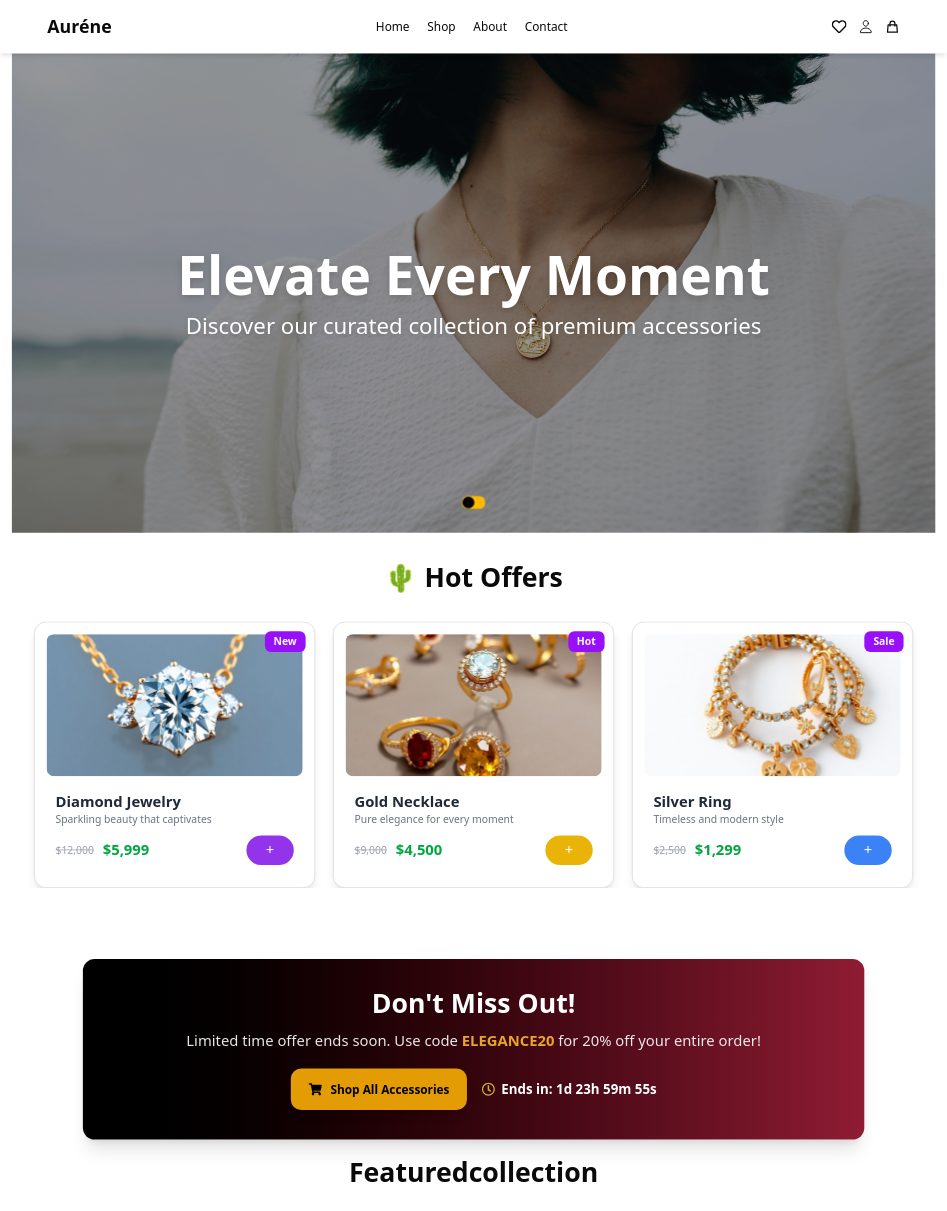
Repository: oehab30/Aur-ne-e-commerce-
Page: /
The author's editor kept a copy of each file at every save. The page is drawn from the files as they stood at one save, then again after the next save.
The browser window is 1280 px wide. The pictures show the whole page, at 74% of full size.
The project was rebuilt for these pictures with package versions that can differ from the ones it lists, and the page was loaded fresh each time. Also part of the build but not shown: src/components/common/Tap.tsx, src/components/common/Categories.tsx, src/pages/Shop.tsx, src/pages/cart.tsx, src/pages/Profile.tsx, src/pages/About.tsx, src/pages/Contact.tsx, src/pages/Error.tsx and 2 more. Imported but missing from the stored project, and not drawn on this page: src/components/ui/breadcrumb.tsx.

Above is the page before, as saved 2025-11-26 05:11:41.

### index.html
<!doctype html>
<html lang="en">
  <head>
    <meta charset="UTF-8" />
    <link rel="icon" type="image/svg+xml" href="/vite.svg" />
    <meta name="viewport" content="width=device-width, initial-scale=1.0" />
<link
  href="https://fonts.googleapis.com/css2?family=Playfair+Display:wght@400;500;600;700&display=swap"
  rel="stylesheet"
/>

    <title>vite-project</title>
  </head>
  <body>
    <div id="root"></div>
    <script type="module" src="/src/main.tsx"></script>
  </body>
</html>

### src/main.tsx
// main.tsx
import "./assets/styles/Modules.css";
import React from "react";
import ReactDOM from "react-dom/client";
import Routes from "./Routes/Routes"; // this is your router setup

ReactDOM.createRoot(document.getElementById("root")!).render(
  <React.StrictMode>
    <Routes />
  </React.StrictMode>
)

### src/assets/styles/Modules.css
@import url('https://fonts.googleapis.com/css2?family=Playfair+Display:wght@400;500;600;700&display=swap');

@import "tailwindcss";

@import "tw-animate-css";

@custom-variant dark (&:where(.dark *) );

:root {
  --primary: oklch(0.205 0 0);
  --buttons: #d5ae37;
  --radius: 0.625rem;
  --background: oklch(1 0 0);
  --foreground: oklch(0.145 0 0);
  --card: oklch(1 0 0);
  --card-foreground: oklch(0.145 0 0);
  --popover: oklch(1 0 0);
  --popover-foreground: oklch(0.145 0 0);
  --primary-foreground: oklch(0.985 0 0);
  --secondary: oklch(0.97 0 0);
  --secondary-foreground: oklch(0.205 0 0);
  --muted: oklch(0.97 0 0);
  --muted-foreground: oklch(0.556 0 0);
  --accent: oklch(0.97 0 0);
  --accent-foreground: oklch(0.205 0 0);
  --destructive: oklch(0.577 0.245 27.325);
  --border: oklch(0.922 0 0);
  --input: oklch(0.922 0 0);
  --ring: oklch(0.708 0 0);
  --chart-1: oklch(0.646 0.222 41.116);
  --chart-2: oklch(0.6 0.118 184.704);
  --chart-3: oklch(0.398 0.07 227.392);
  --chart-4: oklch(0.828 0.189 84.429);
  --chart-5: oklch(0.769 0.188 70.08);
  --sidebar: oklch(0.985 0 0);
  --sidebar-foreground: oklch(0.145 0 0);
  --sidebar-primary: oklch(0.205 0 0);
  --sidebar-primary-foreground: oklch(0.985 0 0);
  --sidebar-accent: oklch(0.97 0 0);
  --sidebar-accent-foreground: oklch(0.205 0 0);
  --sidebar-border: oklch(0.922 0 0);
  --sidebar-ring: oklch(0.708 0 0);
}

@theme inline {
  --radius-sm: calc(var(--radius) - 4px);
  --radius-md: calc(var(--radius) - 2px);
  --radius-lg: var(--radius);
  --radius-xl: calc(var(--radius) + 4px);
  --color-background: var(--background);
  --color-foreground: var(--foreground);
  --color-card: var(--card);
  --color-card-foreground: var(--card-foreground);
  --color-popover: var(--popover);
  --color-popover-foreground: var(--popover-foreground);
  --color-primary: var(--primary);
  --color-primary-foreground: var(--primary-foreground);
  --color-secondary: var(--secondary);
  --color-secondary-foreground: var(--secondary-foreground);
  --color-muted: var(--muted);
  --color-muted-foreground: var(--muted-foreground);
  --color-accent: var(--accent);
  --color-accent-foreground: var(--accent-foreground);
  --color-destructive: var(--destructive);
  --color-border: var(--border);
  --color-input: var(--input);
  --color-ring: var(--ring);
  --color-chart-1: var(--chart-1);
  --color-chart-2: var(--chart-2);
  --color-chart-3: var(--chart-3);
  --color-chart-4: var(--chart-4);
  --color-chart-5: var(--chart-5);
  --color-sidebar: var(--sidebar);
  --color-sidebar-foreground: var(--sidebar-foreground);
  --color-sidebar-primary: var(--sidebar-primary);
  --color-sidebar-primary-foreground: var(--sidebar-primary-foreground);
  --color-sidebar-accent: var(--sidebar-accent);
  --color-sidebar-accent-foreground: var(--sidebar-accent-foreground);
  --color-sidebar-border: var(--sidebar-border);
  --color-sidebar-ring: var(--sidebar-ring);
}

.dark {
  --background: oklch(0.145 0 0);
  --foreground: oklch(0.985 0 0);
  --card: oklch(0.205 0 0);
  --card-foreground: oklch(0.985 0 0);
  --popover: oklch(0.205 0 0);
  --popover-foreground: oklch(0.985 0 0);
  --primary: oklch(0.922 0 0);
  --primary-foreground: oklch(0.205 0 0);
  --secondary: oklch(0.269 0 0);
  --secondary-foreground: oklch(0.985 0 0);
  --muted: oklch(0.269 0 0);
  --muted-foreground: oklch(0.708 0 0);
  --accent: oklch(0.269 0 0);
  --accent-foreground: oklch(0.985 0 0);
  --destructive: oklch(0.704 0.191 22.216);
  --border: oklch(1 0 0 / 10%);
  --input: oklch(1 0 0 / 15%);
  --ring: oklch(0.556 0 0);
  --chart-1: oklch(0.488 0.243 264.376);
  --chart-2: oklch(0.696 0.17 162.48);
  --chart-3: oklch(0.769 0.188 70.08);
  --chart-4: oklch(0.627 0.265 303.9);
  --chart-5: oklch(0.645 0.246 16.439);
  --sidebar: oklch(0.205 0 0);
  --sidebar-foreground: oklch(0.985 0 0);
  --sidebar-primary: oklch(0.488 0.243 264.376);
  --sidebar-primary-foreground: oklch(0.985 0 0);
  --sidebar-accent: oklch(0.269 0 0);
  --sidebar-accent-foreground: oklch(0.985 0 0);
  --sidebar-border: oklch(1 0 0 / 10%);
  --sidebar-ring: oklch(0.556 0 0);
}

@layer base {
  * {
    @apply border-border outline-ring/50;
  }
  body {
    @apply bg-background text-foreground;
  }
}

:root {
  --main: #d5ae37;
  --button:#cb8b04;
}

/* Hide scrollbar (optional) */
.scrollbar-hide::-webkit-scrollbar {
  display: none;
}
.scrollbar-hide {
  -ms-overflow-style: none;
  scrollbar-width: none;
}

### src/Routes/Routes.tsx
// Routes.tsx
import React from "react";
import { createBrowserRouter, RouterProvider } from "react-router";
import Layout from "../components/common/layout";
import Home from "../pages/Home";
import Shop from "../pages/Shop";
import Cart from "../pages/cart";
import Profile from "../pages/Profile";
import About from "../pages/About";
import Contact from "../pages/Contact";
import Error from "../pages/Error";
import Wishlist from "../pages/Wishlist";
import Login from "../components/login-page/Loginform"
const router = createBrowserRouter([
  {
    element: <Layout />,
    children: [
      { path: "/", element: <Home /> },
      { path: "/Shop/:category", element: <Shop /> },
      { path: "/about", element: <About /> },
      { path: "/contact", element: <Contact /> },
      { path: "/Login", element: <Login /> },
      { path: "/Wishlist", element: <Wishlist /> },
      { path: "/cart", element: <Cart /> },
      { path: "/Profile", element: <Profile /> },
    ],
  },
 { path: "*", element: <Error/> },
]);

function Routes() {
  return <RouterProvider router={router} />;
}

export default Routes;

### src/components/common/layout.tsx
// Layout.tsx
import React from "react";
import Navbar from "./navbar";
import { Outlet } from "react-router-dom";
import Darkmode from "./Darkmode";

function Layout() {
  return (
    <>
      <Navbar  />
      <main className="min-h-screen p-4 pt-18">
<Darkmode/>
        <Outlet />        {/* 👈 Page content changes here */}
      </main>
    </>
  );
}

export default Layout;

### src/pages/Home.tsx
import React from 'react'
import  HeroSection from '../components/home-page/Hero'
import Hotoffers from '../components/home-page/Hotoffers'
import DontMiss from '../components/home-page/Dontmiss'
import Featuredcollection from '../components/home-page/Featuredcollection'

function Error() {
  return (
<>
<HeroSection/>
<Hotoffers/>
<DontMiss/>
<Featuredcollection/>
 </>
     )
}
export default Error

### src/components/common/navbar.tsx
import React, { useState } from "react";
import { Link } from "react-router-dom";
import { FaRegHeart } from "react-icons/fa";
import { HiOutlineShoppingBag } from "react-icons/hi";
import { IoPersonOutline } from "react-icons/io5";

function Navbar() {
  const [menuOpen, setMenuOpen] = useState(false);

  return (
    <nav className="w-full fixed  shadow-md bg-white dark:bg-black z-[100] ">
      <div className="max-w-[1280px] mx-auto flex justify-between items-center py-5 px-6 md:px-16">
        {/* Logo */}
        <Link to="/" className="text-2xl font-semibold font-[Playfair Display]  dark:text-white">
          Auréne
        </Link>

        {/* Desktop Links */}
        <div className="hidden md:flex gap-6 font-medium  ">
          <Link to="/" className="hover:text-[var(--main)] dark:hover:text-[var(--main)] duration-300">Home</Link>
          <Link to="/Shop/:category" className="hover:text-[var(--main)] dark:hover:text-[var(--main)] duration-300">Shop</Link>
          <Link to="/about" className="hover:text-[var(--main)] dark:hover:text-[var(--main)] duration-300">About</Link>
          <Link to="/contact" className="hover:text-[var(--main)] dark:hover:text-[var(--main)] duration-300">Contact</Link>
        </div>

        {/* Icons + Login */}
        <div className="hidden md:flex items-center gap-4 text-xl  dark:text-white">
          <Link to="/wishlist" className="hover:text-[var(--main)] dark:hover:text-[var(--main)] duration-300"><FaRegHeart /></Link>
          <Link to="/Login" className="hover:text-[var(--main)] dark:hover:text-[var(--main)] duration-300"><IoPersonOutline /></Link>
          <Link to="/cart" className="hover:text-[var(--main)] dark:hover:text-[var(--main)] duration-300"><HiOutlineShoppingBag /></Link>
        </div>

        {/* Mobile Menu Button */}
        <button
          onClick={() => setMenuOpen(!menuOpen)}
          className="md:hidden text-3xl text-gray-700  focus:outline-none"
        >
          ☰
        </button>
      </div>

      {/* Mobile Menu */}
      {menuOpen && (
        <div className="md:hidden flex flex-col items-center gap-4 py-6 bg-white dark:bg-black  dark:text-white shadow-lg">
          <Link to="/" onClick={() => setMenuOpen(false)} className="hover:text-[var(--main)] dark:hover:text-[var(--main)] duration-300">Home</Link>
          <Link to="/Shop/:category" onClick={() => setMenuOpen(false)} className="hover:text-[var(--main)] dark:hover:text-[var(--main)] duration-300">Shop</Link>
          <Link to="/about" onClick={() => setMenuOpen(false)} className="hover:text-[var(--main)] dark:hover:text-[var(--main)] duration-300">About</Link>
          <Link to="/contact" onClick={() => setMenuOpen(false)} className="hover:text-[var(--main)] dark:hover:text-[var(--main)] duration-300">Contact</Link>
        </div>
      )}
    </nav>
  );
}

export default Navbar;

### src/components/common/Darkmode.tsx
import React, { useEffect, useState } from 'react';
import { Switch } from "@/components/ui/switch"
function Darkmode() {
  const [mode, setMode] = useState(false);

  useEffect(() => {
    if (mode) {
      document.body.classList.add('dark');
    } else {
      document.body.classList.remove('dark');
    }
  }, [mode]);

  return (
    <>
      <Switch  onClick={() => setMode(!mode)} className=" px- fixed bottom-8 left-1/2 -translate-x-1/2 z-50">

      </Switch>
    </>
  );
}

export default Darkmode;

### src/components/home-page/Hero.tsx
import React from "react";
import heroImage from "../../../public/home-pic/hero3.jpg";

function Hero() {
  return (
    <div
      className="relative w-full h-[87vh] sm:h-[60vh] md:h-[80vh] lg:h-[90vh] flex flex-col items-center justify-center text-center overflow-hidden"
      style={{ backgroundImage: `url(${heroImage})`, backgroundSize: "cover", backgroundPosition: "center" }}
    >
      {/* Overlay */}
      <div className="absolute inset-0 bg-black/35"></div>

      {/* Content */}
      <div className="relative px-4 sm:px-6 lg:px-8">
        <h1 className="text-white text-4xl sm:text-5xl md:text-6xl lg:text-7xl font-bold drop-shadow-lg">
          Elevate Every Moment
        </h1>
        <p className="mt-4 text-white text-lg sm:text-xl md:text-2xl lg:text-3xl drop-shadow-md">
          Discover our curated collection of premium accessories
        </p>
      </div>
    </div>
  );
}

export default Hero;

### src/components/home-page/Hotoffers.tsx
import React from "react";
import { motion } from "framer-motion";

function Hotoffers() {
  const products = [
    {
      id: 1,
      name: "Diamond Jewelry",
      description: "Sparkling beauty that captivates",
      oldPrice: "$12,000",
      newPrice: "$5,999",
      image: "/home-pic/HO-1.png",
      tag: "New",
      buttonColor: "#9333EA",
    },
    {
      id: 2,
      name: "Gold Necklace",
      description: "Pure elegance for every moment",
      oldPrice: "$9,000",
      newPrice: "$4,500",
      image: "/home-pic/HO-2.png",
      tag: "Hot",
      buttonColor: "#EAB308",
    },
    {
      id: 3,
      name: "Silver Ring",
      description: "Timeless and modern style",
      oldPrice: "$2,500",
      newPrice: "$1,299",
      image: "/home-pic/HO-3.png",
      tag: "Sale",
      buttonColor: "#3B82F6",
    },
  ];

  return (
    <div className="mt-10">
      <h1 className="text-center text-4xl font-bold mb-10">🌵 Hot Offers</h1>

      {/* MOBILE SWIPE CONTAINER */}
      <div className="flex gap-6 overflow-x-auto px-4 snap-x snap-mandatory scrollbar-hide md:flex-wrap md:justify-center">
        {products.map((product) => (
          <motion.div
            key={product.id}
            className="w-[300px] md:w-[380px] flex-shrink-0 snap-center h-[360px] relative rounded-2xl overflow-hidden border border-gray-300 shadow-lg p-4"
            initial={{ opacity: 0, y: 50 }}
            whileInView={{ opacity: 1, y: 0 }}
            viewport={{ once: true, amount: 0.2 }}
            transition={{ duration: 0.6, ease: "easeOut" }}
          >
            {/* Image */}
            <div className="h-48 w-full overflow-hidden rounded-lg">
              <img
                src={product.image}
                alt={product.name}
                className="w-full h-full object-cover hover:scale-105 transition-transform duration-300"
              />
            </div>

            {/* Tag */}
            <div className="absolute top-3 right-3 z-10 bg-purple-600 text-white text-sm font-semibold px-3 py-1 rounded-md">
              {product.tag}
            </div>

            {/* Content */}
            <div className="p-3 mt-2">
              <h3 className="text-xl font-semibold text-gray-800">{product.name}</h3>
              <p className="text-gray-500 mb-2 text-sm">{product.description}</p>

              <div className="flex items-center justify-between mt-3">
                <div className="flex items-center gap-3">
                  <p className="text-gray-400 line-through text-sm">{product.oldPrice}</p>
                  <p className="text-xl font-bold text-green-600">{product.newPrice}</p>
                </div>

                <button
                  style={{ backgroundColor: product.buttonColor }}
                  className="text-white w-16 h-10 flex items-center justify-center rounded-full hover:opacity-80 transition-all duration-300 text-xl"
                >
                  +
                </button>
              </div>
            </div>
          </motion.div>
        ))}
      </div>
    </div>
  );
}

export default Hotoffers;

### src/components/home-page/Dontmiss.tsx
import React, { useEffect, useState } from "react";
import { FaShoppingCart, FaRegClock } from "react-icons/fa";
import { motion } from "framer-motion";
import { useNavigate } from "react-router-dom"; // if using React Router

function DontMiss() {
  const [timeLeft, setTimeLeft] = useState<string>("");
  const navigate = useNavigate(); // React Router navigation

  // Countdown Timer
  useEffect(() => {
    const endDate = new Date();
    endDate.setDate(endDate.getDate() + 2);

    const timer = setInterval(() => {
      const now = new Date().getTime();
      const distance = endDate.getTime() - now;

      if (distance < 0) {
        setTimeLeft("Expired");
        clearInterval(timer);
        return;
      }

      const days = Math.floor(distance / (1000 * 60 * 60 * 24));
      const hours = Math.floor(
        (distance % (1000 * 60 * 60 * 24)) / (1000 * 60 * 60)
      );
      const minutes = Math.floor((distance % (1000 * 60 * 60)) / (1000 * 60));
      const seconds = Math.floor((distance % (1000 * 60)) / 1000);

      setTimeLeft(`${days}d ${hours}h ${minutes}m ${seconds}s`);
    }, 1000);

    return () => clearInterval(timer);
  }, []);

  return (
    <motion.div
           initial={{ opacity: 0, y: 50 }}   // start hidden & moved down
            whileInView={{ opacity: 1, y: 0 }} // animate when in view
            viewport={{ once: true, amount: 0.2 }} // trigger when 20% visible
            transition={{ duration: 0.6, ease: "easeOut" }}
      className=" mt-24 text-center mx-4 md:mx-24 bg-gradient-to-r from-black to-[#8F1C33] text-white px-6 py-10 rounded-2xl shadow-xl"
    >
      <h1 className="text-2xl md:text-4xl font-bold mb-4">Don't Miss Out!</h1>

      <p className="mb-6 text-lg md:text-xl opacity-90">
        Limited time offer ends soon. Use code{" "}
        <span className="font-bold text-[#fbb728]">ELEGANCE20</span> for 20%
        off your entire order!
      </p>

      <div className="flex flex-col-reverse md:flex-row gap-5 justify-center items-center">
        <button
          className=" bg-[#e49c04] hover:bg-[#fcbd39] duration-300 text-black py-4 px-6 rounded-xl flex items-center gap-3 font-semibold shadow-lg cursor-pointer"
          onClick={() => navigate("/Menu/category")} // fixed navigation
        >
          <FaShoppingCart className="text-lg" /> Shop All Accessories
        </button>

        <div className="flex items-center gap-2 text-lg font-semibold">
          <FaRegClock className="text-[#D4AF37]" />
          <span>Ends in: {timeLeft}</span>
        </div>
      </div>
    </motion.div>
  );
}

export default DontMiss;

### src/components/home-page/Featuredcollection.tsx
import React from 'react'

function Featuredcollection() {
  return (
    <>
<div>
<h1 className='text-center font-bold text-4xl mb-4 mt-6'>Featuredcollection</h1>
</div>
    </>
  )
}

export default Featuredcollection

### src/components/ui/switch.tsx
import * as React from "react"
import * as SwitchPrimitive from "@radix-ui/react-switch"

import { cn } from "@/lib/utils"

function Switch({
  className,
  ...props
}: React.ComponentProps<typeof SwitchPrimitive.Root>) {
  return (
    <SwitchPrimitive.Root
      data-slot="switch"
      className={cn(
        "peer data-[state=checked]:bg-white data-[state=unchecked]:bg-amber-400 focus-visible:border-ring focus-visible:ring-ring/50 dark:data-[state=unchecked]:bg-gray-500/80 inline-flex h-[1.15rem] w-8 shrink-0 items-center rounded-full border border-transparent shadow-xs transition-all outline-none focus-visible:ring-[3px] disabled:cursor-not-allowed disabled:opacity-50",
        className
      )}
      {...props}
    >
      <SwitchPrimitive.Thumb
        data-slot="switch-thumb"
        className={cn(
          "bg-black dark:data-[state=unchecked]:bg-gray-200 dark:data-[state=checked]:bg-blue-600 pointer-events-none block size-4 rounded-full ring-0 transition-transform data-[state=checked]:translate-x-[calc(100%-2px)] data-[state=unchecked]:translate-x-0"
        )}
      />
    </SwitchPrimitive.Root>
  )
}

export { Switch }

Loaded but not shown: src/Lib/utils.js (common file)

After the next save:
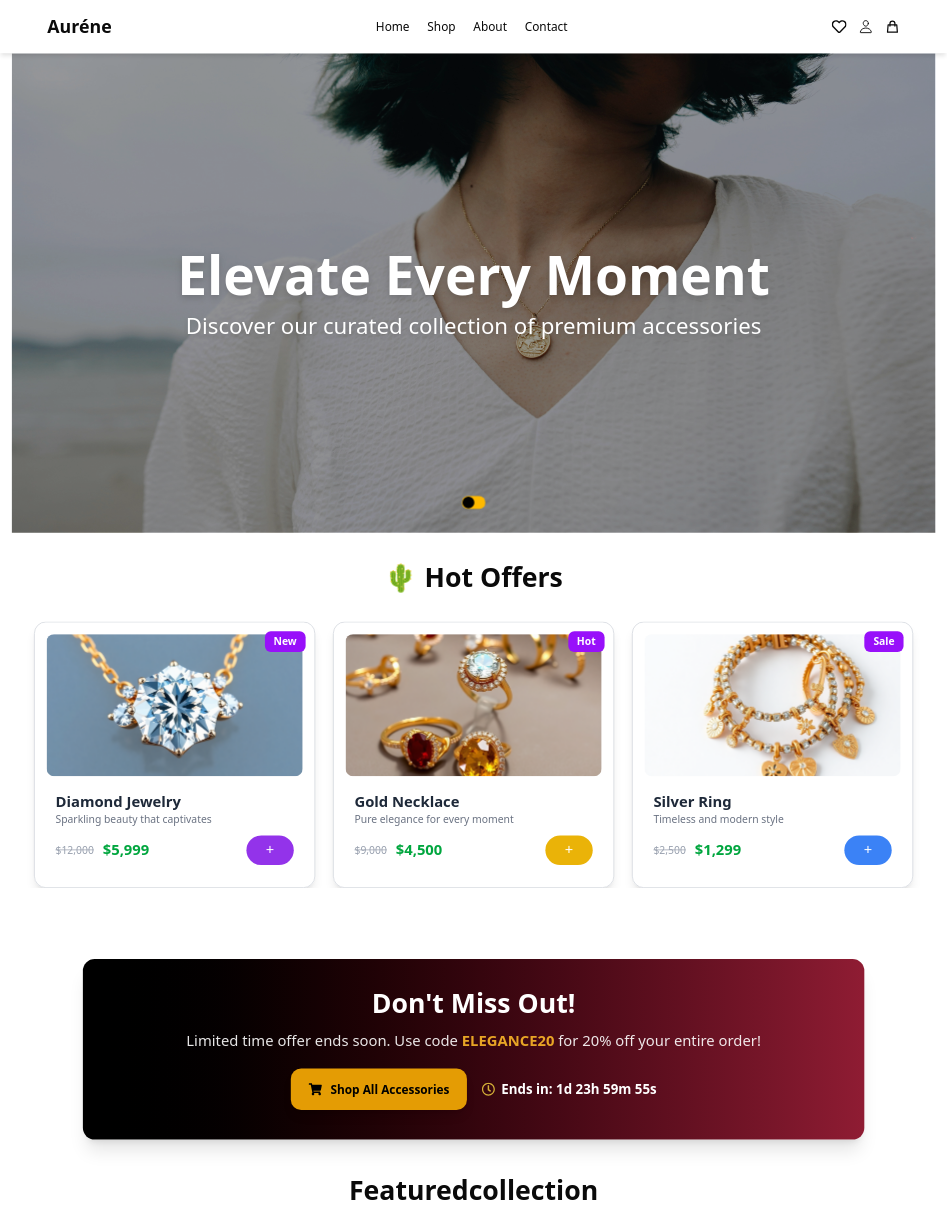
Saved 8 s later.
--- a/src/components/home-page/Featuredcollection.tsx
+++ b/src/components/home-page/Featuredcollection.tsx
@@ -4,7 +4,7 @@ function Featuredcollection() {
   return (
     <>
 <div>
-<h1 className='text-center font-bold text-4xl mb-4 mt-6'>Featuredcollection</h1>
+<h1 className='text-center font-bold text-4xl mb-4 mt-12'>Featuredcollection</h1>
 </div>
     </>
   )
